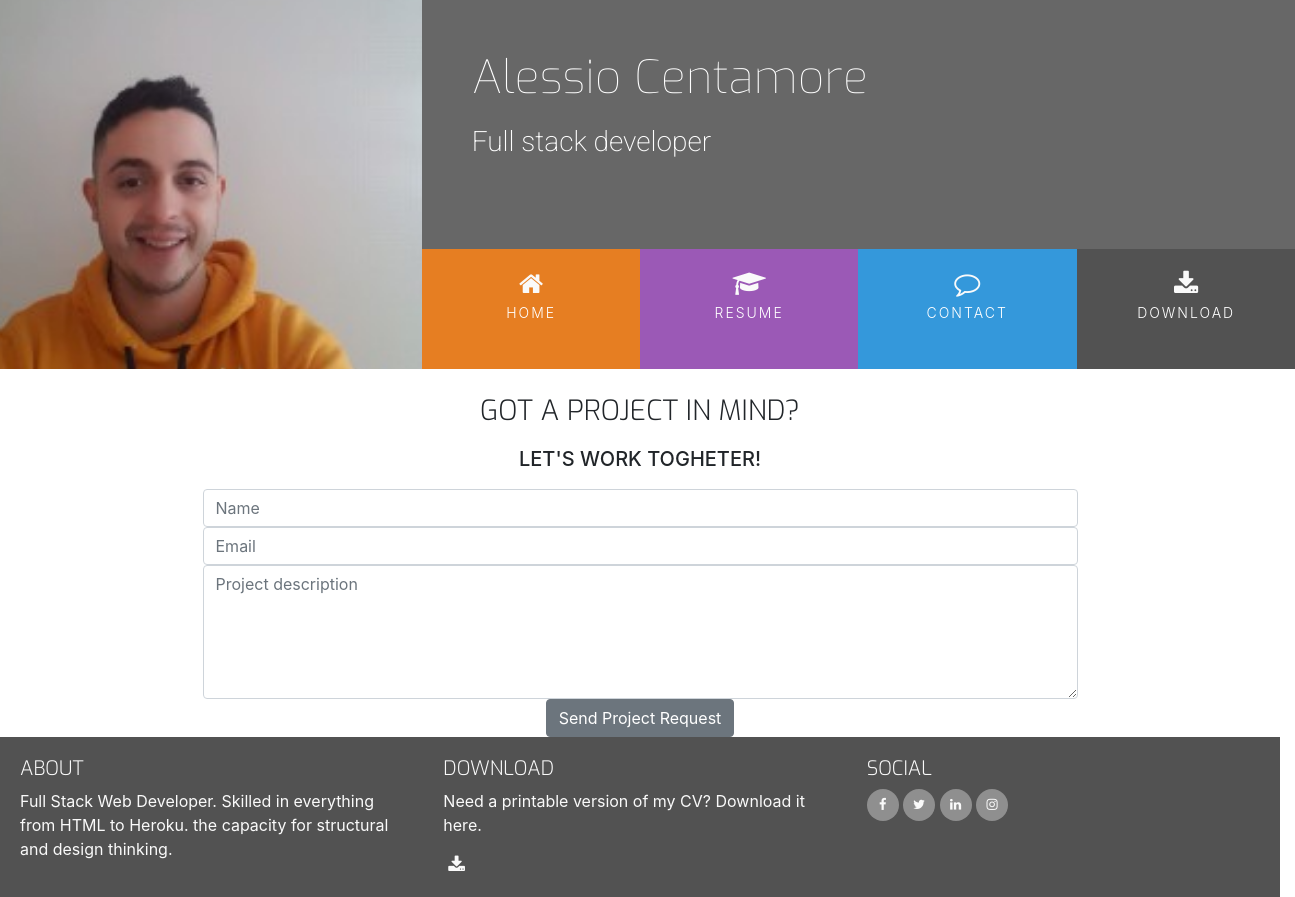
Repository: Baal89/Resume
Page: contact.html
The author's editor kept a record of every edit. The page is drawn from the files as they stood at one moment, then again after the next edit.
The browser window is 1280 px wide. The page is 1295 px wide, so the pictures cover 1295 px, including what lies to the right of the window. The pictures show the whole page.

Above is the page before.

After the next edit:
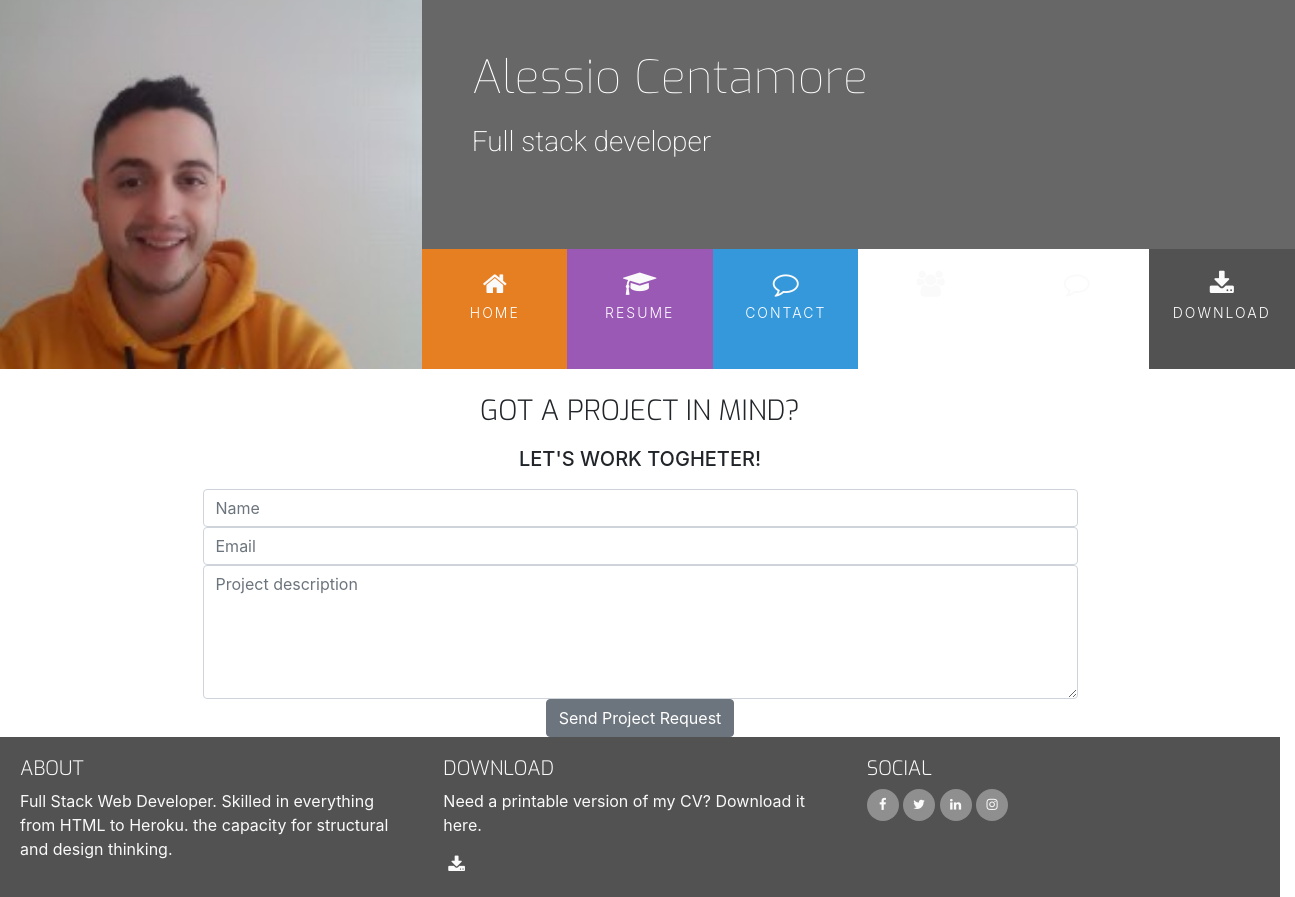
The edit:
--- a/contact.html
+++ b/contact.html
@@ -29,16 +29,22 @@
                 <div class="row">
                     <div class="col px-0">
                         <ul id="nav" class="list-inline menu-container">
-                            <li class="col-6 col-sm-3 ui-menu-color-home list-inline-item menuitem">
+                            <li class="col-6 col-sm-2 ui-menu-color-home list-inline-item menuitem">
                                 <a href="index.html" class="hvr-sweep-to-bottom"><i class="fa fa-home" aria-hidden="true"></i><span>Home</span></a>
                             </li>
-                            <li class="col-6 col-sm-3 ui-menu-color-resume list-inline-item menuitem">
+                            <li class="col-6 col-sm-2 ui-menu-color-resume list-inline-item menuitem">
                                 <a href="resume.html" class="hvr-sweep-to-bottom"><i class="fa fa-graduation-cap" aria-hidden="true"></i><span>Resume</span></a>
                             </li>
-                            <li class="col-6 col-sm-3 ui-menu-color-contact list-inline-item menuitem">
+                            <li class="col-6 col-sm-2 ui-menu-color-contact list-inline-item menuitem">
                                 <a href="contact.html" class="hvr-sweep-to-bottom"><i class="fa fa-comment-o" aria-hidden="true"></i><span>Contact</span></a>
                             </li>
-                            <li class="col-6 col-sm-3 ui-menu-color-download list-inline-item menuitem">
+                            <li class="col-6 col-sm-2 ui-menu-color-interests list-inline-item menuitem">
+                                <a href="interests.html" class="hvr-sweep-to-bottom"><i class="fa fa-users" aria-hidden="true"></i><span>Interests</span></a>
+                            </li>
+                            <li class="col-6 col-sm-2 ui-menu-color-github list-inline-item menuitem">
+                                <a href="github.html" class="hvr-sweep-to-bottom"><i class="fa fa-comment-o" aria-hidden="true"></i><span>GitHub</span></a>
+                            </li>
+                            <li class="col-6 col-sm-2 ui-menu-color-download list-inline-item menuitem">
                                 <a href="assets/cv/Alessio-Centamore-C.V.pdf" target="_blank" class="hvr-sweep-to-bottom"><i class="fa fa-download" aria-hidden="true"></i><span>Download</span></a>
                             </li>
                         </ul>
